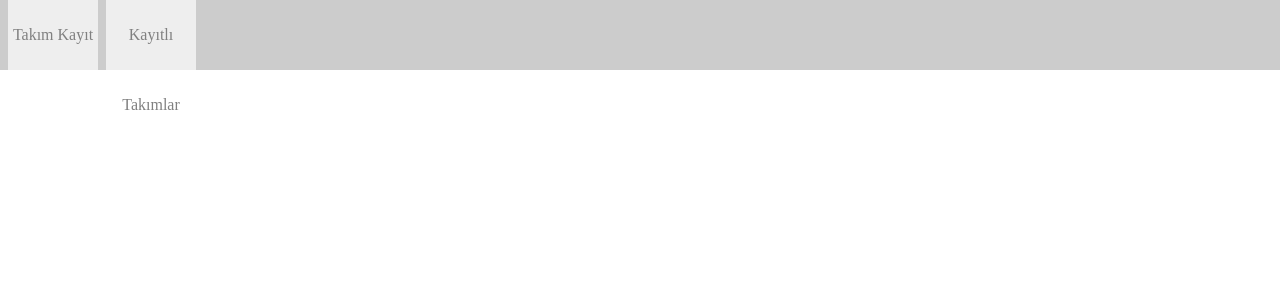
Repository: oktembaris77/internet_final
Page: http://localhost/internetfinal/
An editor plug-in stored every save of this project. The page is shown before and after the next save, followed by the edit.
The browser window is 1280 px wide. The pictures show the whole page.
The page is served by Tomcat 9.

Above is the page before, as saved 2020-05-11 19:23:43.

After the next save:
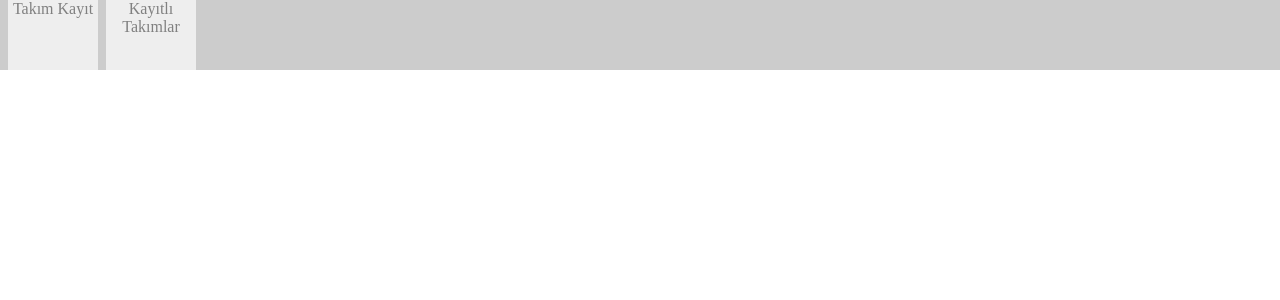
Saved 25 s later.
--- a/internetfinal/WebContent/index.jsp
+++ b/internetfinal/WebContent/index.jsp
@@ -23,7 +23,6 @@ color:gray;
 
 #sayfabtn{
 height:70px;
-line-height:70px;
 width:90px;
 background-color:#eee;
 color:white;

After the save that followed:
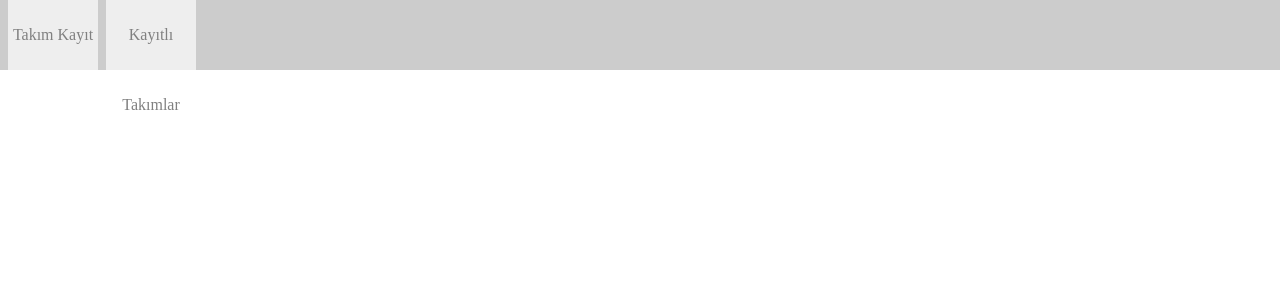
Saved 18 s later.
--- a/internetfinal/WebContent/index.jsp
+++ b/internetfinal/WebContent/index.jsp
@@ -19,6 +19,7 @@ background-color:#ccc;
 a{
 text-decoration:none;
 color:gray;
+line-height:70px;
 }
 
 #sayfabtn{
